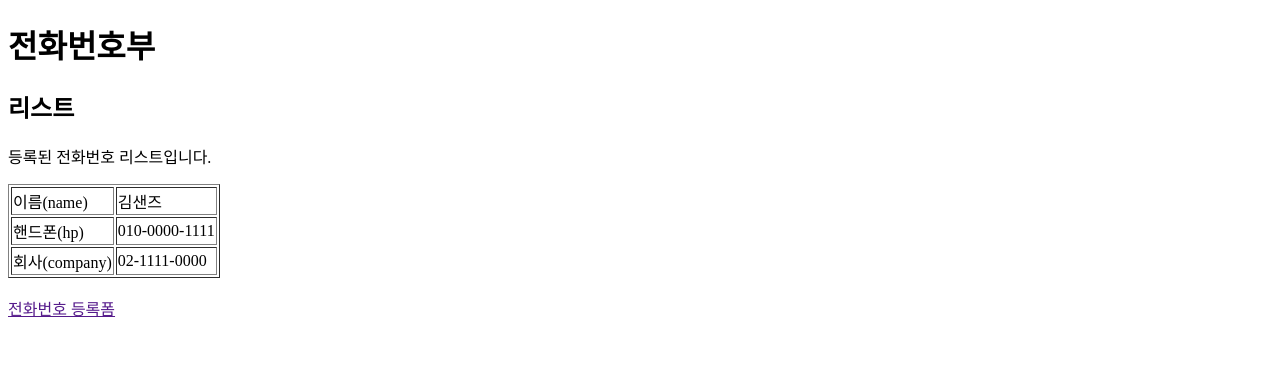
Repository: Kwonharu/workspace-web
Page: http://localhost/phonebook2/list.jsp
These files come from the project's save history. The page is drawn as it stood at one moment and after a run of saves; the edit follows.
The browser window is 1280 px wide. The pictures show the whole page.
The page is served by Tomcat 9.

Above is the page before, as saved 2023-09-04 06:58:42.

After the next 6 saves:
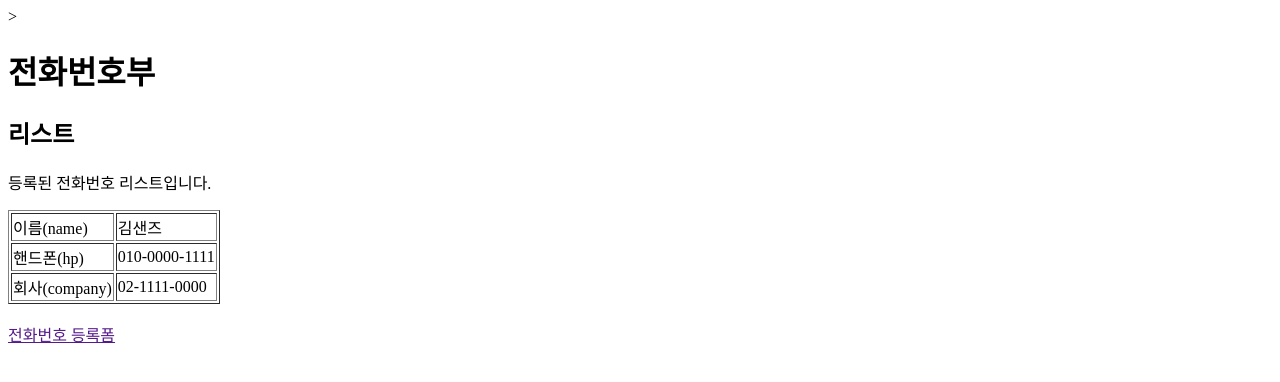
The 6 saves are shown as one change because 3 did not build or start and some came seconds apart.
The last was saved 24 min 7 s later.
--- a/phonebook2/WebContent/list.jsp
+++ b/phonebook2/WebContent/list.jsp
@@ -1,5 +1,11 @@
 <%@ page language="java" contentType="text/html; charset=UTF-8"
     pageEncoding="UTF-8"%>
+<%@ page import="com.javaex.dao.PersonDao" %>>
+
+<%
+	PersonDao personDao = new PersonDao();
+%>
+
 <!DOCTYPE html>
 <html>
 <head>
